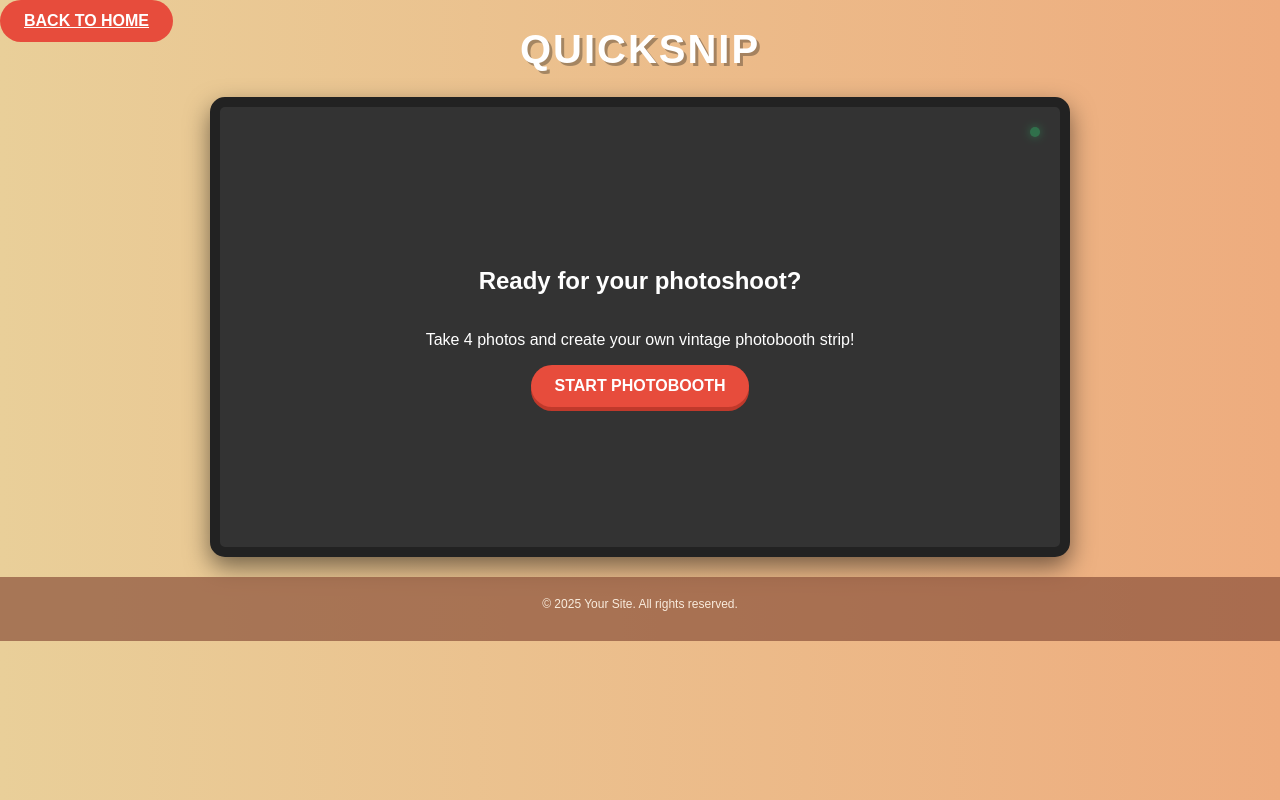
Repository: Strawb3rryjam/QuickSnip
Page: photobooth.html
The author's editor kept a copy of each file at every save. The page is drawn from the files as they stood at one save, then again after the next save.
The browser window is 1280 px wide. The pictures show the whole page.
Some web fonts or font styles are not loaded; a fallback is used.

Above is the page before, as saved 2025-05-09 11:44:08.

After the next save:
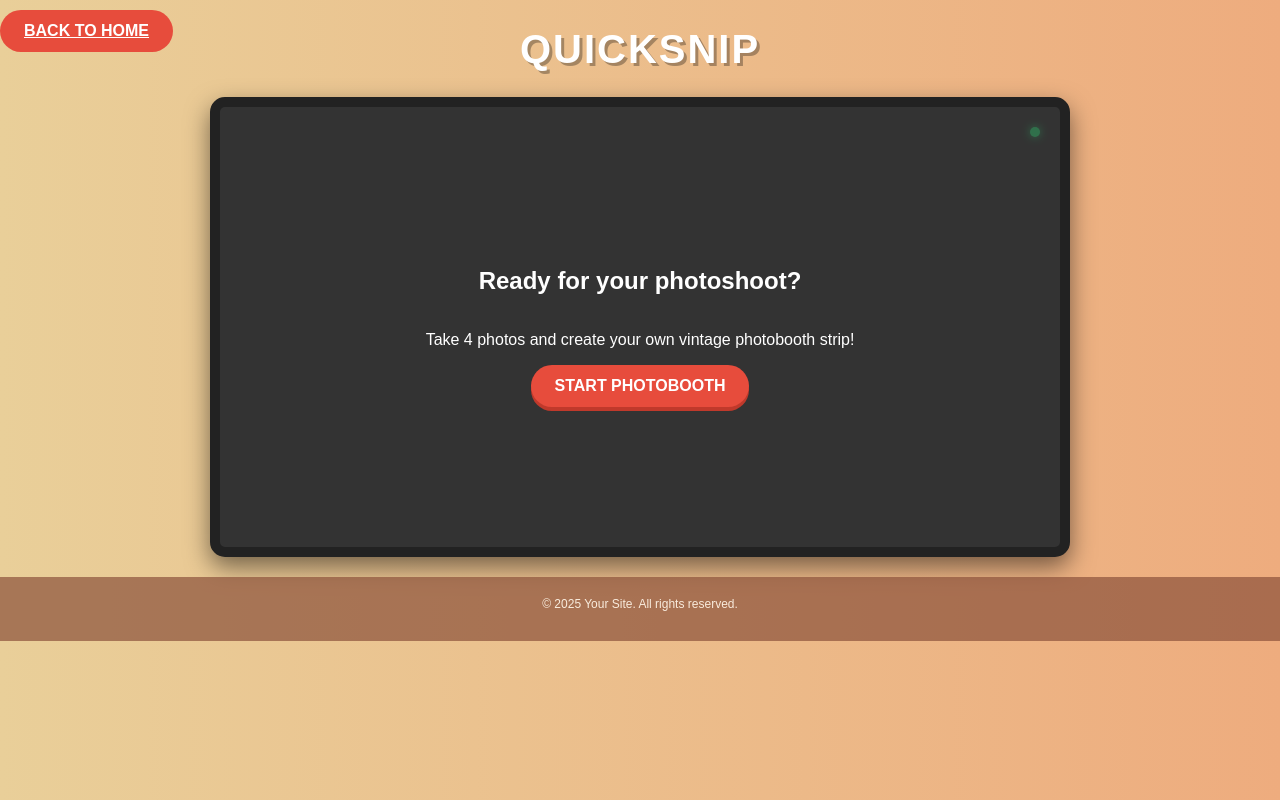
Saved 31 s later.
--- a/styles.css
+++ b/styles.css
@@ -77,6 +77,7 @@
   transition: all 0.3s;
   font-weight: bold;
   text-transform: uppercase;
+  margin-top: 10px
 }
 
 

After the save that followed:
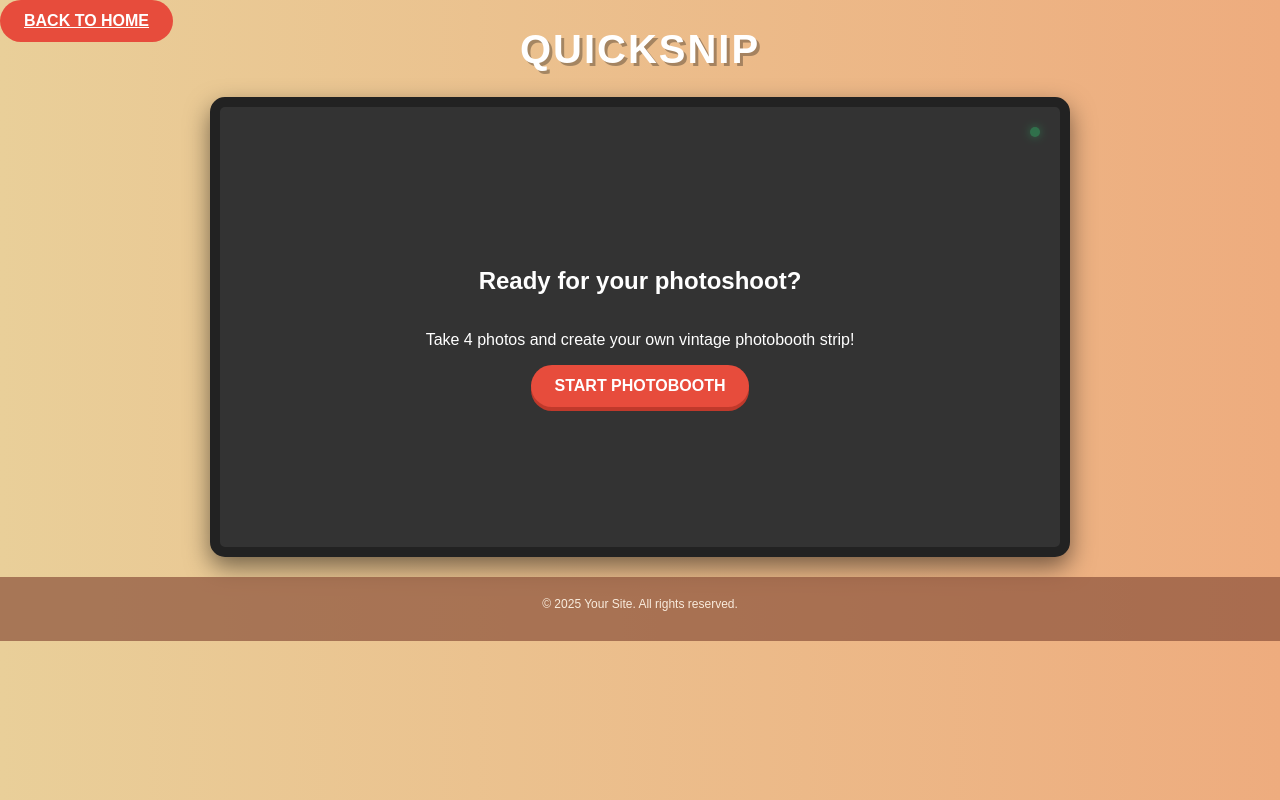
Saved 14 s later.
--- a/styles.css
+++ b/styles.css
@@ -77,7 +77,9 @@
   transition: all 0.3s;
   font-weight: bold;
   text-transform: uppercase;
+
   margin-top: 10px
+  margin-left: 10px;
 }
 
 
